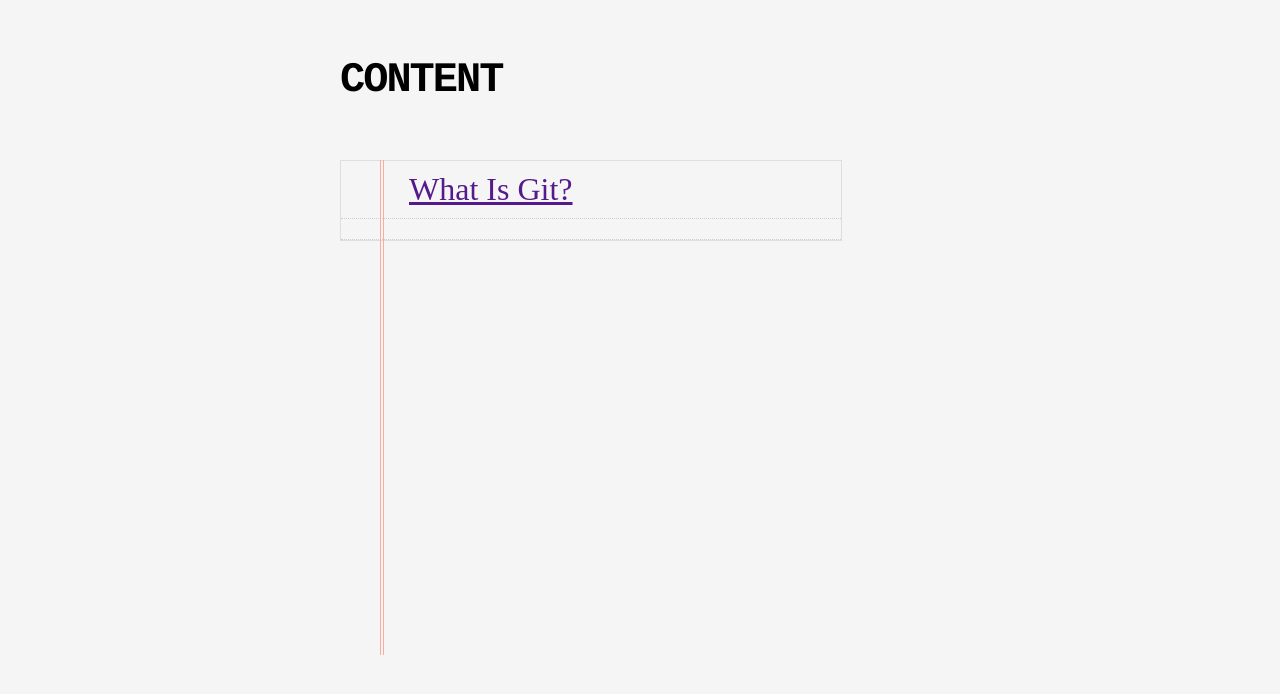
Repository: dev-singh-kanyal/Archive-git_github
Page: index.html
An editor plug-in stored every save of this project. The page is shown before and after the next save, followed by the edit.
The browser window is 1280 px wide. The pictures show the whole page.
Some web fonts or font styles are not loaded; a fallback is used.

Above is the page before, as saved 2022-06-24 15:36:38.

After the next save:
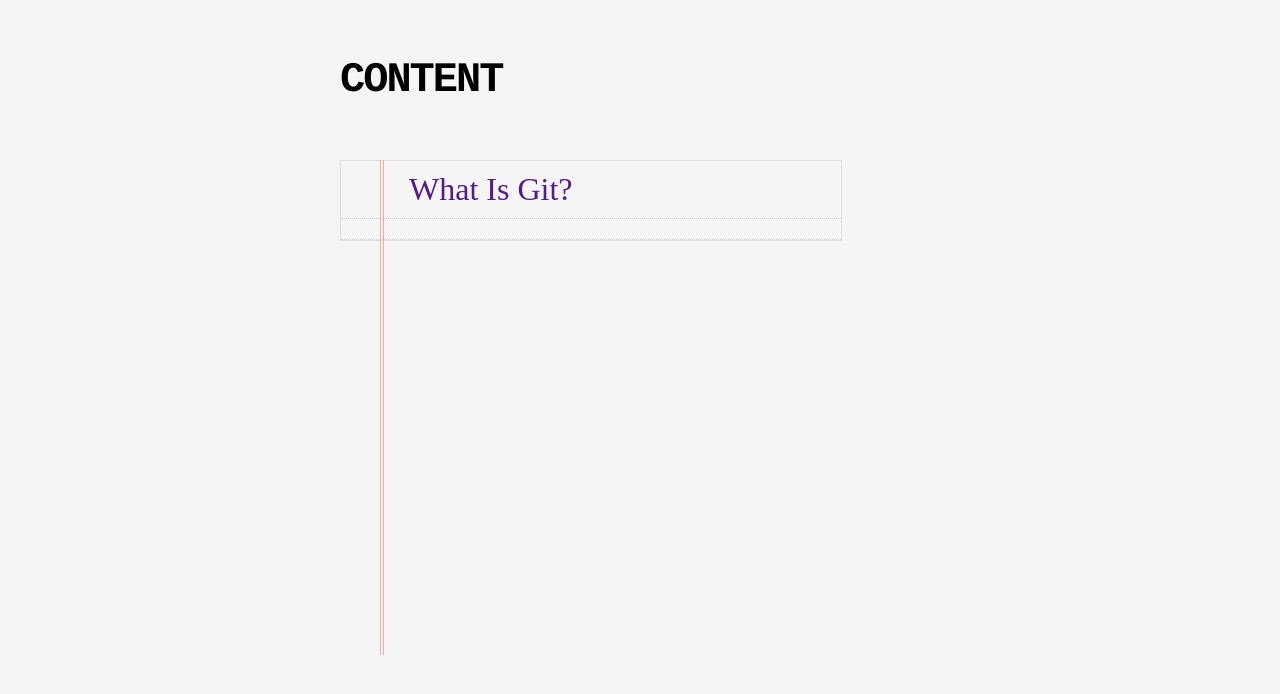
Saved 6 s later.
--- a/index.html
+++ b/index.html
@@ -15,7 +15,7 @@
     <div class="lines"></div>
 
     <ul class="list">
-      <li><a href="" style="text-decoration: ;">What is Git?</a></li>
+      <li><a href="" style="text-decoration: none;">What is Git?</a></li>
       <li></li>
     </ul>
 
